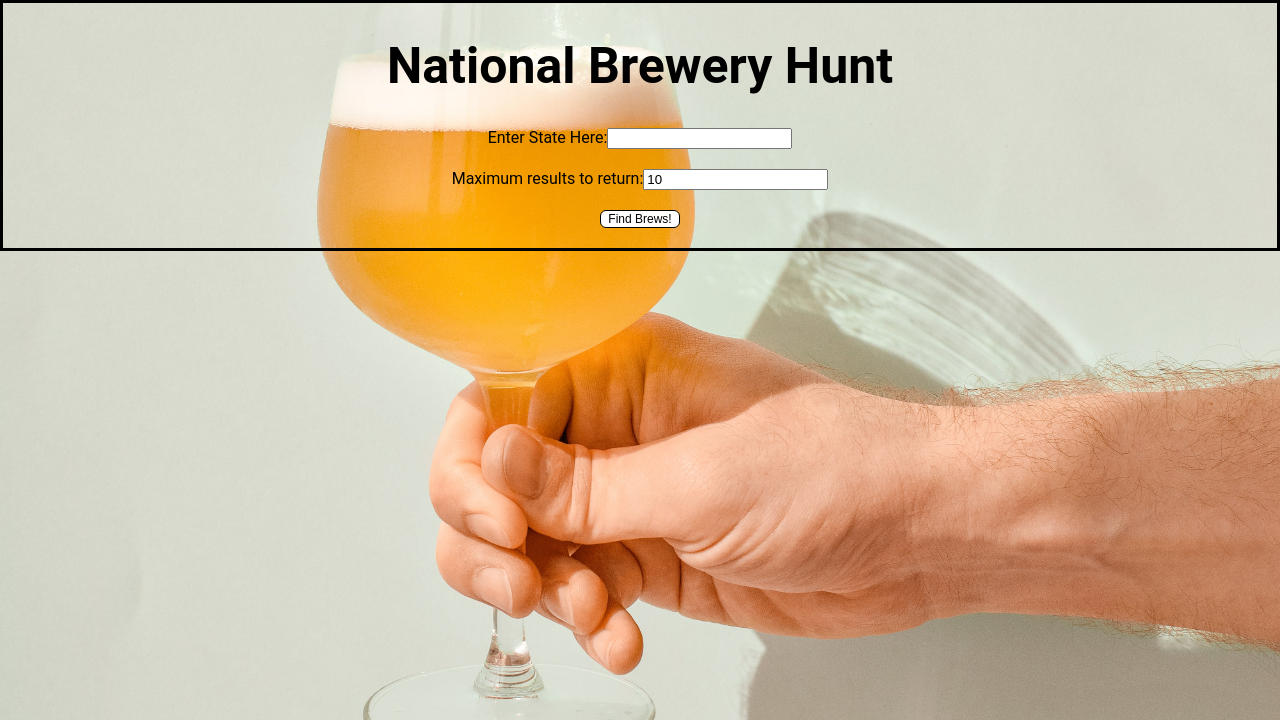
Repository: kaitlynMidori/searchBrews
Page: index.html
The author's editor kept a copy of each file at every save. The page is drawn from the files as they stood at one save, then again after the next save.
The browser window is 1280 px wide. The pictures show the whole page.

Above is the page before, as saved 2021-04-24 12:21:55.

After the next save:
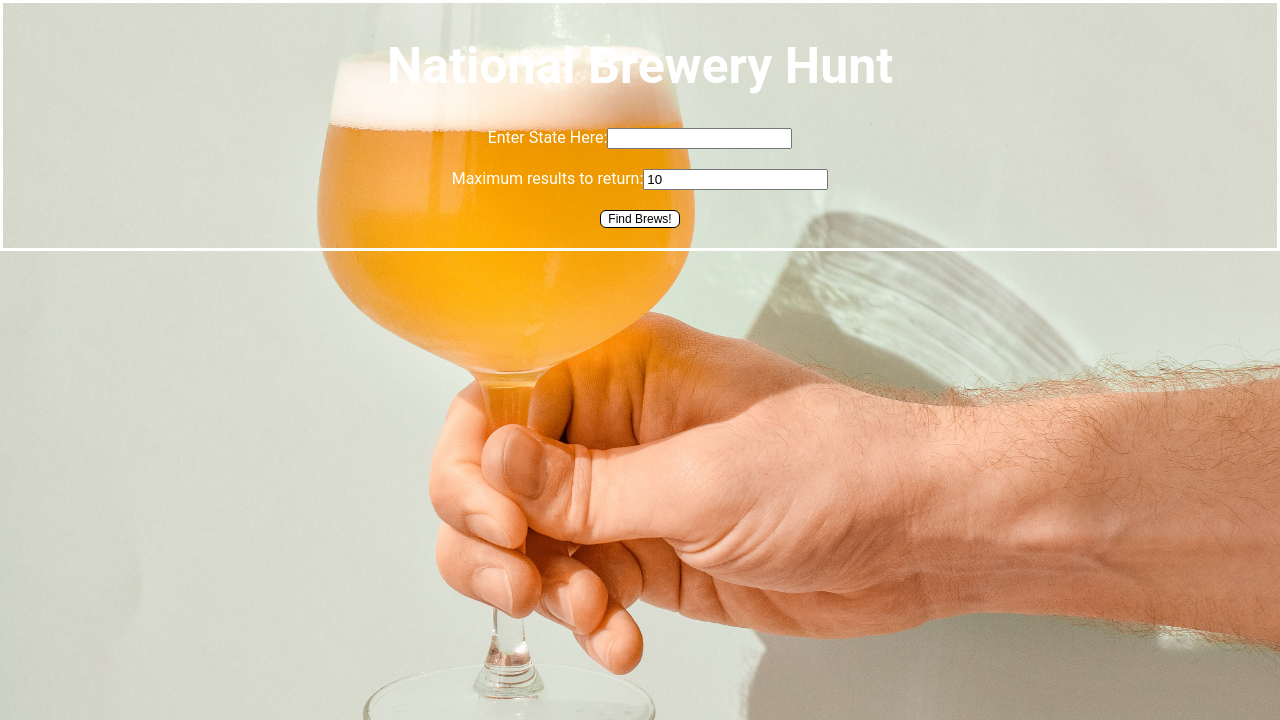
Saved 5 min 6 s later.
--- a/style.css
+++ b/style.css
@@ -1,7 +1,7 @@
 
 body {
     font-family: "Roboto", sans-serif;
-    color: black;
+    color: white;
     margin: auto;
     background: cover;
     background: url("images/beer.jpg") no-repeat center center fixed;
